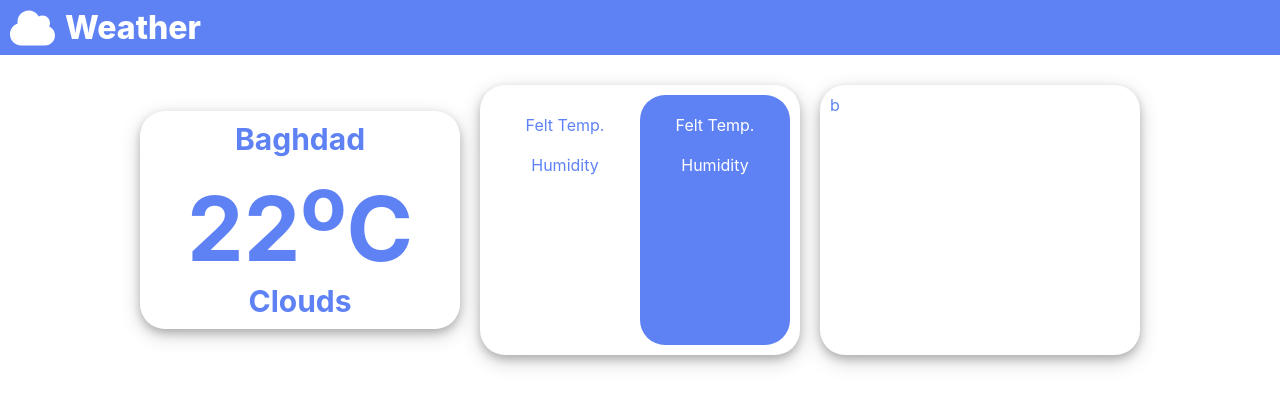
Repository: ahmedazawi/weather-app
Page: /
The author's editor kept a copy of each file at every save. The page is drawn from the files as they stood at one save, then again after the next save.
The browser window is 1280 px wide. The pictures show the whole page.
The project was rebuilt for these pictures with package versions that can differ from the ones it lists, and the page was loaded fresh each time.

Above is the page before, as saved 2022-11-29 21:53:02.

After the next save:
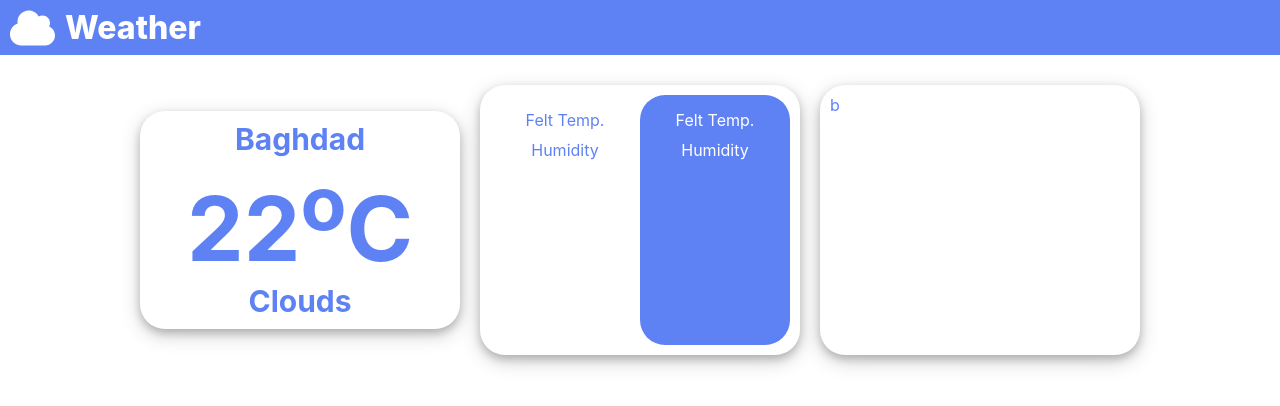
Saved 5 s later.
--- a/src/assets/css/details.css
+++ b/src/assets/css/details.css
@@ -47,7 +47,7 @@
   width: 50%;
 }
 .big-cards > div:nth-child(2) > div > span {
-  margin: 10px 0;
+  margin: 5px 0;
 }
 .line-a {
 }
